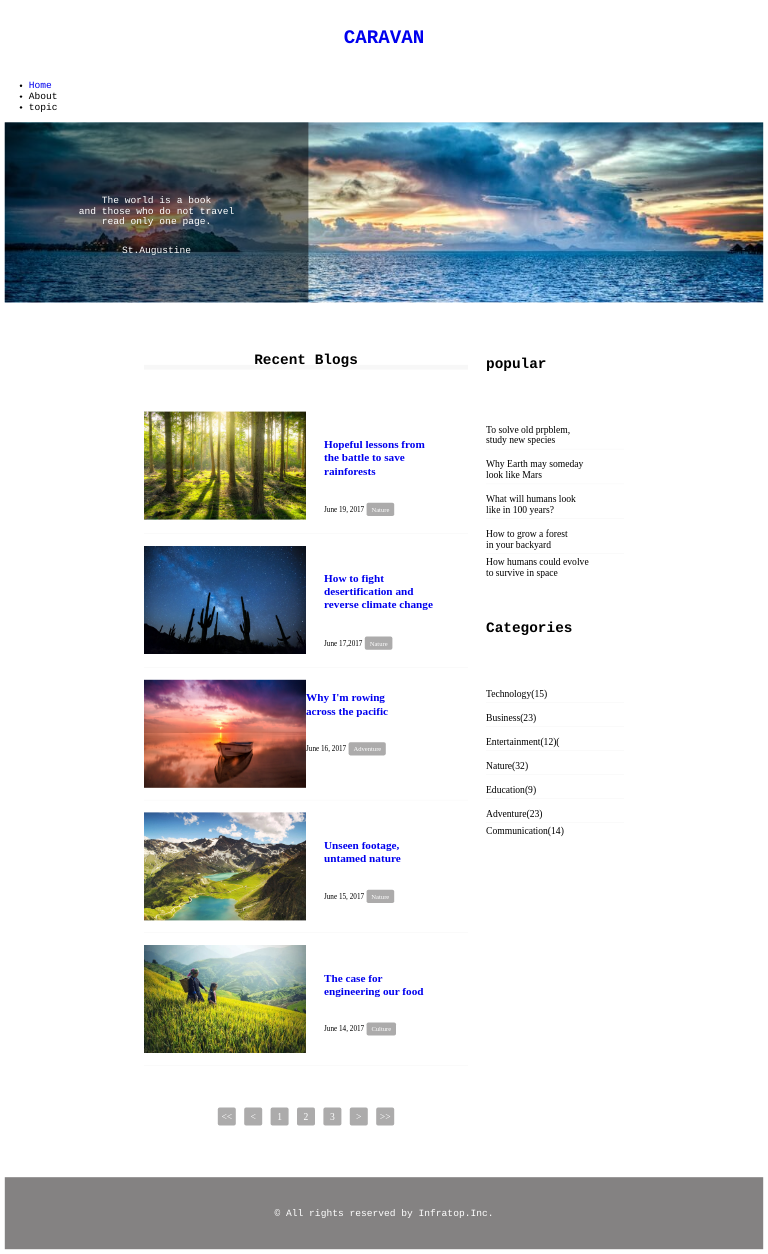
Repository: artD07/-1
Page: caravan/index.html
The author's editor kept a record of every edit. The page is drawn from the files as they stood at one moment, then again after the next edit.
The browser window is 1280 px wide. The pictures show the whole page, at 60% of full size.

Above is the page before.

### caravan/index.html
<!DOCTYPE html>
<html lang="ja">
  <head>
    <meta charset="UTF-8" />
    <!-- CSSファイルの読み込み -->
    <link rel="stylesheet" href="style.css" />
    <title>CARAVAN</title>
  </head>

  <body>
    <!-- header -->
    <header>
      <h1 class="heading">
        <a href="index.html">
        CARAVAN
        </a>
      </h1>
    </header>

    <!--navigation -->
    <nav>
      <ul class="nav list">
        <li class="nav-list-item">
          <a href="index.html">Home</a>
        </li>
        <li class="nav-list-item">About</li>
        <li class="nav-list-item">topic</li>
      </ul>
    </nav>

    <!-- main-visual用のdiv -->
    <div class="main-visual">
      <div class="main-visual-content">
        <p class="main-visual-text">
          The world is a book<br/>
          and those who do not travel<br/>
          read only one page.
        </p>
        <p class="main-visual-name">
          St.Augustine
        </p>
      </div>
    </div>

    <!-- main用のdiv -->
    <main>

      <section class="blog">
        <h2 class="blog-heading">Recent Blogs</h2>
        <div class="blog-box">
          <div class="blog-item">
          <img class="blog-image" src="img/img/forest.jpg"/>
          <section class="blog-text">

            <h3 class="blog-text-heading">
              <a href="single.html">
                Hopeful lessons from<br>
                the battle to save<br>
                rainforests
              </a>
            </h3>
            <p class="blog-date">June 19, 2017</p>
            <span class="category">Nature</span>
          </section>
        </div>
        <div class="blog-item">
          <img class="blog-image" src="img/img/desert.jpg"/>
          <section class="blog-text">
            <h3 class="blog-text-heading">
              <a href="single.html">
                How to fight<br>
                desertification and<br>
                 reverse climate change
              </a>
            </h3>
            <p class="blog-date">June 17,2017</p>
            <span class="category">Nature</span>
          </section>
        </div>
        <div class="blog-item">
          <img class="blog-image" src="img/img/sunset.jpg"/>
          <section class="blog text">
            <h3 class="blog-text-heading">
              <a href="single.html">
                Why I'm rowing<br>
                across the pacific
              </a>
            </h3>
            <p class="blog-date">June 16, 2017</p>
            <span class="category">Adventure</span>
          </section>
        </div>
        <div class="blog-item">
          <img class="blog-image" src="img/img/italy.jpg"/>
          <section class="blog-text">
          <h3 class="blog-text-heading">
            <a href="single.html">
              Unseen footage,<br>
              untamed nature
            </a>
          </h3>
          <p class="blog-date">June 15, 2017</p>
          <span class="category">Nature</span>
          </section>
        </div>
        <div class="blog-item">
          <img class="blog-image" src="img/img/asia.jpg"/>
          <section class="blog-text">
            <h3 class="blog-text-heading">
              <a href="single.html">
                The case for<br>
                engineering our food
              </a>
            </h3>
            <p class="blog-date">June 14, 2017</p>
            <span class="category">Culture</span>
          </section>
        </div>
        </div>
        <div class="pagination">
          <p><<</p>
          <p><</p>
          <p>1</p>
          <p>2</p>
          <p>3</p>
          <p>></p>
          <p>>></p>
        </div>
      </section>

      </section>
      <div class="sidebar">
        <section class="popular">
          <h2 class="popular-heading common-heading">popular</h2>
          <div class="sidebar-contents">
            <p class="popular-text">To solve old prpblem,<br>study new species </p>
            <p class="popular-text">Why Earth may someday<br>look like Mars</p>
            <p class="popular-text">What will humans look<br>like in 100 years?</p>
            <p class="popular-text">How to grow a forest<br>in your backyard</p>
            <p class="popular-text">How humans could evolve<br>to survive in space</p>
          </div>
        </section>
        <section class="categories">
          <h2 class="categories-heading common-heading">Categories</h2>
          <div class="sidebar-contents">
          <p class="categories-text">Technology(15)</p>
          <p class="categories-text">Business(23)</p>
          <p class="categories-text">Entertainment(12)(</p>
          <p class="categories-text">Nature(32)</p>
          <p class="categories-text">Education(9)</p>
          <p class="categories-text">Adventure(23)</p>
          <p class="categories-text">Communication(14)</p>
          </div>
        </section>
      </div>
    </main>

    <!-- footer -->
    <footer>
      <p class="footer-text">© All rights reserved by Infratop.Inc.</p>
    </footer>

  </body>
</html>

### caravan/style.css
/* ブラウザがそれぞれ持っているCSSをリセットするための記述 */
＊ {
  margin: 0;
  padding: 0;
  box-sizing: border-box;
  color:#6c6b6b;
}

a{
  text-decoration:none;
}

header,nav,h2, .main-visual,footer{
  font-family:Chalkduster,"Bradley Hand",Courier,"Segoe Print",sans-serif;
}

header {
  width:90%; /*横幅90%*/
  padding:15px 0;
  margin:0 auto;
  text-align: center;
  position:relative;/*#socialの基準位置を相対位置へ変更する */
}

.social {
  position: absolute; /* headerの左上を基準に絶対位置で指定する */
  top: 22px; /* headerの左上から22px下側へ移動する */
  right: 22px; /* headerの右上から22px左側へ移動する */
}

.social i{
  display:inline-block;
  margin-left:20px;
}

header .heading{
  /*headerタグ内のheadingクラスにのみ反映される*/
font-size:32px;
}

.nav-list{
  text-align: center;
  padding: 10px 0;
  margin: 0 auto;
}

.navi-list-item{
  list-style: none;
  display: inline-block;
  margin: 0 20px;
}
.main-visual {
  width: 100%; /* 横幅いっぱい */
  height: 300px; /* 高さ300px */
  background-image: url(img/img/mv.jpg);
  background-size: cover;/*縦横比を維持したまま背景領域を埋め尽くす*/
  background-position: center;/*背景画像を中央に配置*/
}

.main-visual-content{
  width: 40%; /* 横幅40% */
  height: 195px; /*親の高さに揃える　*/
  background-color: rgba(0,0,0,0.5);/*背景色を半透明の黒にする*/
  text-align: center;/*文字を中央揃えにする*/
  padding-top: 105px;/*上下の内側余白で垂直方向の位置を調整*/
}


.main-visual-text{
  color:#fff;/*文字色を白に変更*/
}


.main-visual-name{
  margin-top:30px;/*上側の外側の余白*/
  color:#fff;/*文字色を白に変更*/
}

main{
  width: 800px;/*横幅800px*/
  display:flex;/*Flexboxの利用*/
  justify-content:center;/*要素の横並び・中央寄せ*/
  margin:0 auto;/*要素の中央揃え*/
  padding: 70px 0;/*上下に70px、左右に0pxの内側余白*/
}

.blog{
  width:540px;
  margin-right:30px;/*領域の右側余白*/
}

.blog-heading{
  border-bottom:8px solid #f7f7f7;
  text-align:center;
  line-height:0.6;
}

.blog-box{
  padding-top: 50px;
}

.blog-item{
  padding-bottom:20px;
  margin-bottom:20px;
  border-bottom:1px solid #f7f7f7;
  display:flex;
  justify-content:flex-start;
}

.blog-image{
  height:180px;
}

.blog-text{
  padding:25px 0 0 30px;
}

.blog-text-heading{
  padding-bottom:15px;
}

.blog-date{
  font-size: 12px;
  display: inline-block;
}

.category{
  display:inline-block;
  padding:5px 8px;
  background-color: #acabab;
  border-radius: 3px;
  color:#fff;
  font-size: 11px;
}

.pagination{
  text-align:center;
  padding-top:50px;
}

.pagination p{
  display:inline-block;
  width:30px;
  height:30px;
  margin:0 5px;
  color:#fff;
  background-color:#acabab;
  border-radius:3px;
  line-height:30px;
}
.sidebar{
  width:230px;
}

.common heading{
  border-bottom:8px solid #f7f7f7;
  text-align:center;
  line-height:0.6;
}

.sidebar-contents{
  padding:50px 0;
}

.popular-text,
.categories-text{
  padding-bottom: 5px;
  border-bottom: 1px solid #f7f7f7;
  margin-bottom: 5px;
}

.popular-text:last-child,
.categories-text:last-child{
  margin: 0;
  padding: 0;
  border: none;
}

.instagram.sidebar-contents{
  display:flex;
  flex-wrap:wrap;
}

.instagram-box{
  width:110px;
  padding-top:110px;
  background-size:cover;
  background-position:center;
  margin-bottom:10px;
}

.instagram-box:nth-child(odd){
  margin-right:10px;
}

.instagram-box:nth-child(1){
  background-image:url(img/img/airport.jpg);
}

.instagram-box:nth-child(2){
  background-image:url(img/img/japan.jpg);
}

.instagram-box:nth-child(3){
  background-image:url(img/img/snow.jpg);
}

.instagram-box:nth-child(4){
  background-image:url(img/img/japan2.jpg);
}

.instagram-box:nth-child(5){
  background-image:url(img/img/lake.jpg);
}

.instagram-box:nth-child(6){
  background-image:url(img/img/road.jpg);
}
footer {
  width:100%;
  height:120px;
  text-align:center;
  line-height:120px;
  background-color:#848282;
}

.footer-text{
  color:#fff;
}

After the next edit:
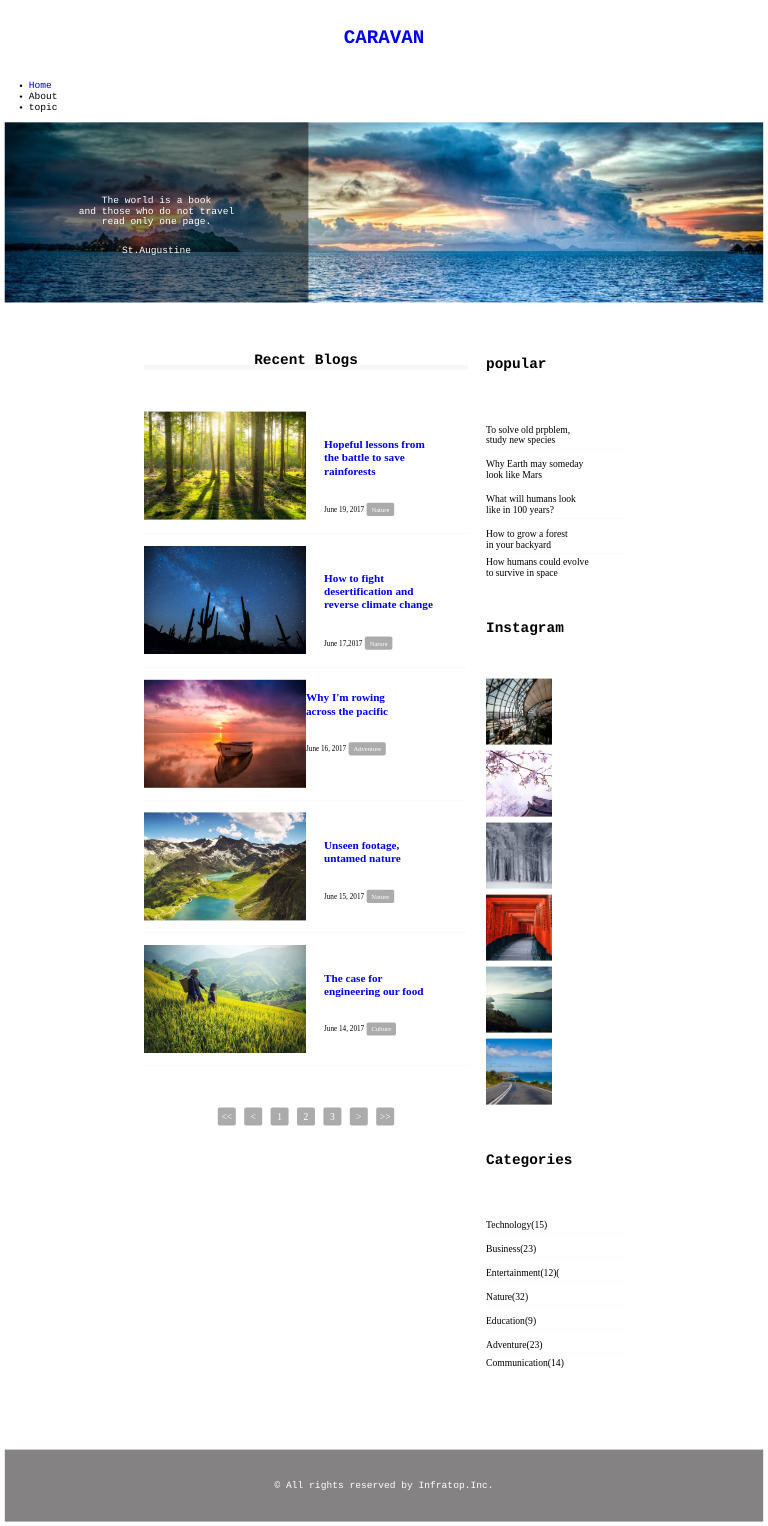
The edit:
--- a/caravan/index.html
+++ b/caravan/index.html
@@ -140,6 +140,17 @@
             <p class="popular-text">How humans could evolve<br>to survive in space</p>
           </div>
         </section>
+
+        <section class="instagram">
+         <h2 class="instagram-heading common-heading">Instagram</h2>
+          <div class="sidebar-contents">
+            <div class="instagram-box"></div>
+            <div class="instagram-box"></div>
+            <div class="instagram-box"></div>
+            <div class="instagram-box"></div>
+            <div class="instagram-box"></div>
+            <div class="instagram-box"></div>
+         </div>
         <section class="categories">
           <h2 class="categories-heading common-heading">Categories</h2>
           <div class="sidebar-contents">
